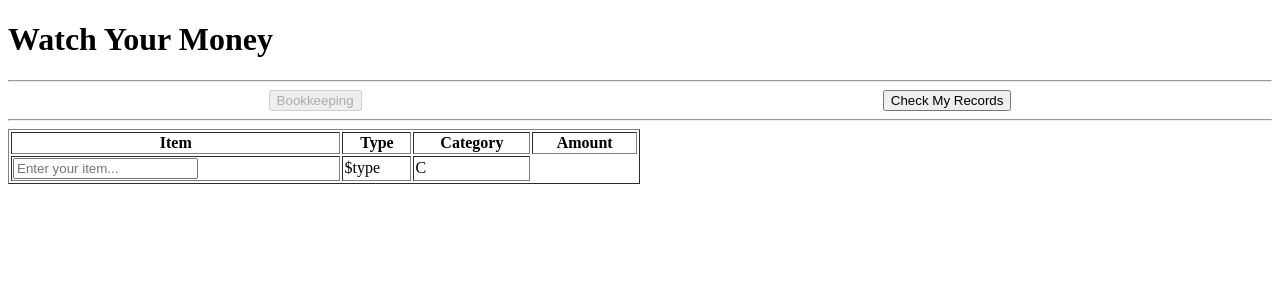
Repository: chelsea9869/Hackathon-TNT
Page: http://localhost/app/watch_your_money.php
The author's editor kept a copy of each file at every save. The page is drawn from the files as they stood at one save, then again after a run of saves.
The browser window is 1280 px wide. The pictures show the whole page.
The page is run by PHP 8.4 with error messages shown; the project is at /var/www/html/.

Above is the page before, as saved 2020-09-05 12:22:23.

After the next 3 saves:
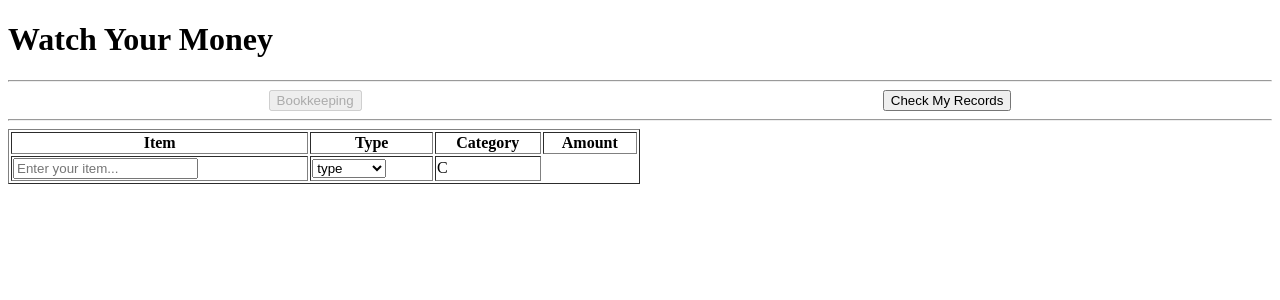
The 3 saves are shown as one change because they came seconds apart.
The last was saved 7 s later.
--- a/app/watch_your_money.php
+++ b/app/watch_your_money.php
@@ -35,7 +35,7 @@ require_once 'include/bookkeeping-dropdown.php';
                     <tbody>
                         <tr>
                             <td><input type="text" name="item[]" placeholder="Enter your item..."></td>
-                            <td>$type</td>
+                            <td><?=$type_dropdown?></td>
                             <td>C</td>
                         </tr>
                     </tbody>
